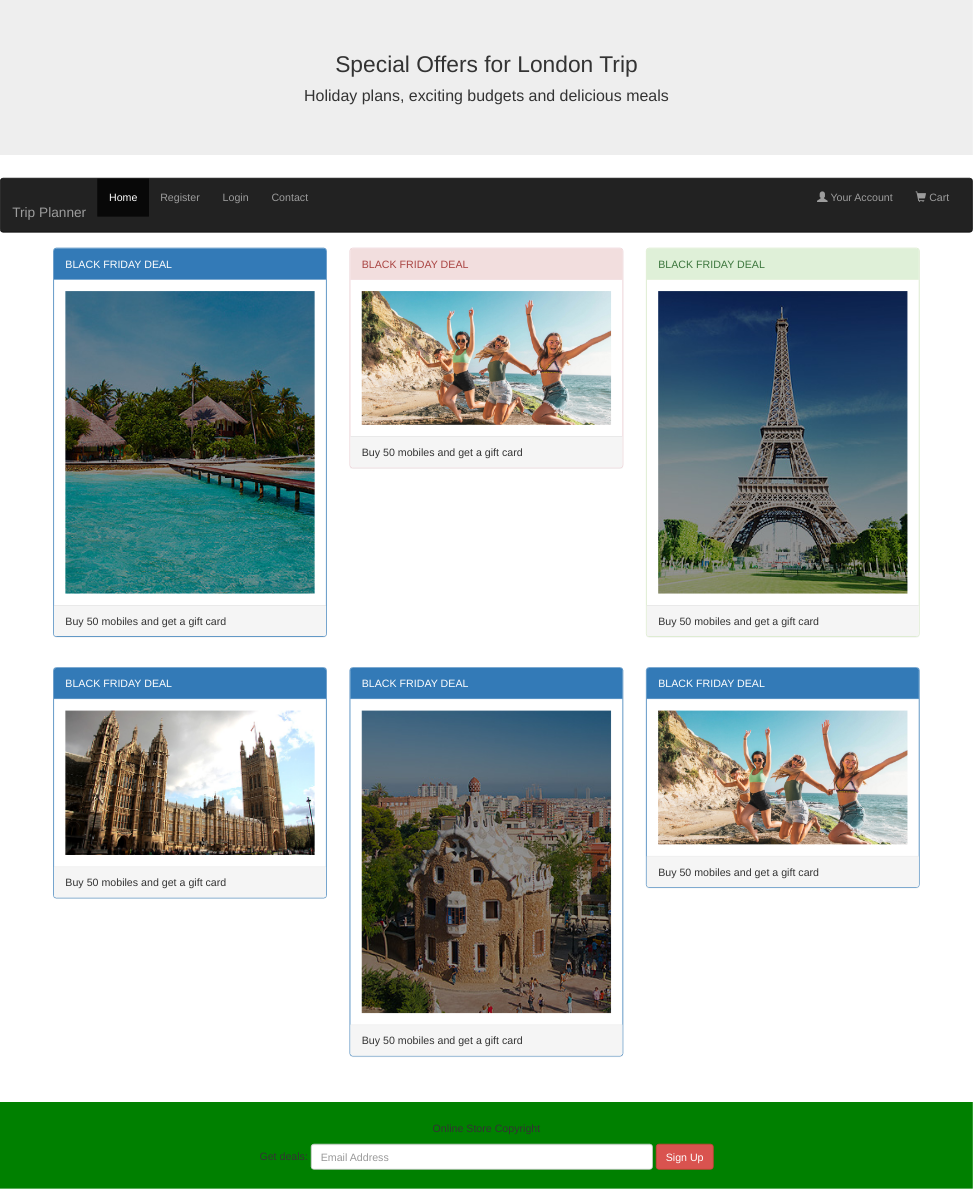
Repository: NanSin21/Mytourism-Website
Page: http://localhost/toursandtravelsmanagement/london.jsp
An editor plug-in stored every save of this project. The page is shown before and after the next save, followed by the edit.
The browser window is 1280 px wide. The pictures show the whole page, at 76% of full size.
The page is served by Tomcat 9. Other server files are loaded and not shown.

Above is the page before, as saved 2018-07-20 08:23:19.

### toursandtravelsmanagement/WebContent/london.jsp
<%@ page language="java" contentType="text/html; charset=ISO-8859-1"
    pageEncoding="ISO-8859-1"%>
<!DOCTYPE html PUBLIC "-//W3C//DTD HTML 4.01 Transitional//EN" "http://www.w3.org/TR/html4/loose.dtd">
<html>
<head>
<meta http-equiv="Content-Type" content="text/html; charset=ISO-8859-1">
<title>London Trip Package</title>
<!-- <meta charset="utf-8"> -->
  <meta name="viewport" content="width=device-width, initial-scale=1">
  <link rel="stylesheet" href="https://maxcdn.bootstrapcdn.com/bootstrap/3.3.7/css/bootstrap.min.css">
  <script src="https://ajax.googleapis.com/ajax/libs/jquery/3.3.1/jquery.min.js"></script>
  <script src="https://maxcdn.bootstrapcdn.com/bootstrap/3.3.7/js/bootstrap.min.js"></script>
  <style>
  .navbar{
  margin-nottom= 50px;
  border-radius= 0;
  }
  .jumbotron{
   margin-bottom= 0;
   }
   footer{
   background: green;
   padding: 25px;
   }
   </style>
</head>
<body>

<div class="jumbotron">
  <div class="container text-center">
   <h2>Special Offers for London Trip</h2>
     <p>Holiday plans, exciting budgets and delicious meals</p>
  </div>
</div>

<nav class="navbar navbar-inverse">
  <div class="container-fluid">
      <div class="navbar-header">
        <button type="button" class="navbar-toggle" data-toggle="collapse" data-target="#myNavbar">
        <span class="icon-bar"></span>
        <span class="icon-bar"></span>
        <span class="icon-bar"></span>
        </button>
        <h1><a class="navbar-brand" href="index.jsp">Trip Planner</a></h1>
      </div>
      <div class="collapse navbar-collapse" id="myNavbar">
      <ul class="nav navbar-nav">
        <li class="active"><a href="TripPlaces/london.jsp">Home</a></li>
        <li><a href="registration.jsp">Register</a></li>
        <li><a href="login.jsp">Login</a></li>
        <li><a href="contact.jsp">Contact</a></li>
      </ul>
      <ul class="nav navbar-nav navbar-right">
        <li><a href="#"><span class="glyphicon glyphicon-user"></span> Your Account</a></li>
        <li><a href="#"><span class="glyphicon glyphicon-shopping-cart"></span> Cart</a></li>
      </ul>
    </div>
  </div>
</nav>


   <div class="container">
  <div class="row">
    <div class="col-sm-4">
      <div class="panel panel-primary">
        <div class="panel-heading">BLACK FRIDAY DEAL</div>
        <div class="panel-body"><img src="images/ban_img2.jpg" class="img-responsive" style="width:100%" alt="Image"></div>
        <div class="panel-footer">Buy 50 mobiles and get a gift card</div>
      </div>
    </div>
    <div class="col-sm-4">
      <div class="panel panel-danger">
        <div class="panel-heading">BLACK FRIDAY DEAL</div>
        <div class="panel-body"><img src="images/1.jpg" class="img-responsive" style="width:100%" alt="Image"></div>
        <div class="panel-footer">Buy 50 mobiles and get a gift card</div>
      </div>
    </div>
    <div class="col-sm-4">
      <div class="panel panel-success">
        <div class="panel-heading">BLACK FRIDAY DEAL</div>
        <div class="panel-body"><img src="images/ban_img3.jpg" class="img-responsive" style="width:100%" alt="Image"></div>
        <div class="panel-footer">Buy 50 mobiles and get a gift card</div>
      </div>
    </div>
  </div>
</div><br>

<div class="container">
  <div class="row">
    <div class="col-sm-4">
      <div class="panel panel-primary">
        <div class="panel-heading">BLACK FRIDAY DEAL</div>
        <div class="panel-body"><img src="images/londonhelp.jpg" class="img-responsive" style="width:100%" alt="Image"></div>
        <div class="panel-footer">Buy 50 mobiles and get a gift card</div>
      </div>
    </div>
    <div class="col-sm-4">
      <div class="panel panel-primary">
        <div class="panel-heading">BLACK FRIDAY DEAL</div>
        <div class="panel-body"><img src="images/ban_img1.jpg" class="img-responsive" style="width:100%" alt="Image"></div>
        <div class="panel-footer">Buy 50 mobiles and get a gift card</div>
      </div>
    </div>
    <div class="col-sm-4">
      <div class="panel panel-primary">
        <div class="panel-heading">BLACK FRIDAY DEAL</div>
        <div class="panel-body"><img src="images/1.jpg" class="img-responsive" style="width:100%" alt="Image"></div>
        <div class="panel-footer">Buy 50 mobiles and get a gift card</div>
      </div>
    </div>
  </div>
</div><br><br>

<footer class="container-fluid text-center">
  <p>Online Store Copyright</p>
  <form class="form-inline">Get deals:
    <input type="email" class="form-control" size="50" placeholder="Email Address">
    <button type="button" class="btn btn-danger">Sign Up</button>
  </form>
</footer>
</body>
</html>

After the next save:
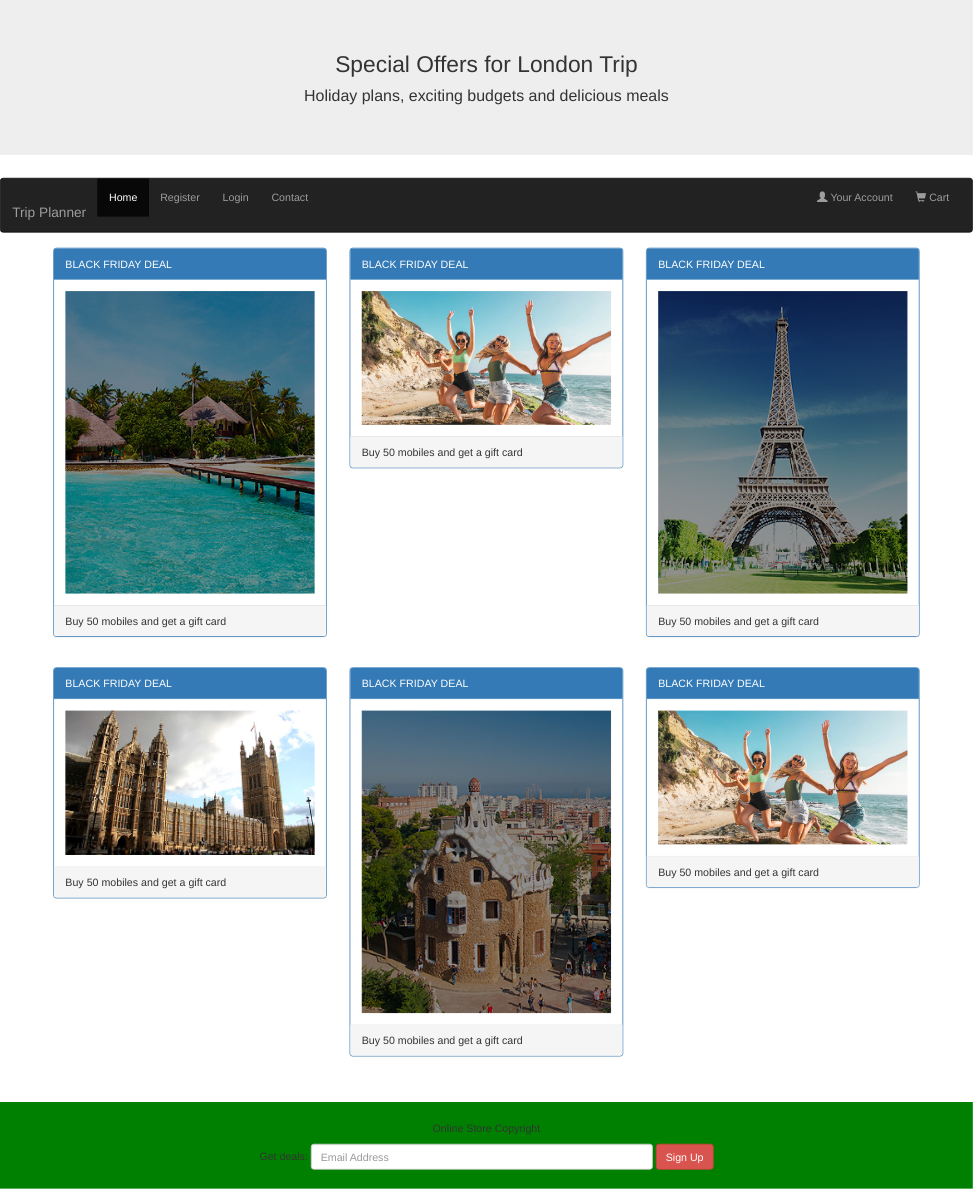
Saved 4 min 15 s later.
--- a/toursandtravelsmanagement/WebContent/london.jsp
+++ b/toursandtravelsmanagement/WebContent/london.jsp
@@ -69,14 +69,14 @@
       </div>
     </div>
     <div class="col-sm-4">
-      <div class="panel panel-danger">
+      <div class="panel panel-primary">
         <div class="panel-heading">BLACK FRIDAY DEAL</div>
         <div class="panel-body"><img src="images/1.jpg" class="img-responsive" style="width:100%" alt="Image"></div>
         <div class="panel-footer">Buy 50 mobiles and get a gift card</div>
       </div>
     </div>
     <div class="col-sm-4">
-      <div class="panel panel-success">
+      <div class="panel panel-primary">
         <div class="panel-heading">BLACK FRIDAY DEAL</div>
         <div class="panel-body"><img src="images/ban_img3.jpg" class="img-responsive" style="width:100%" alt="Image"></div>
         <div class="panel-footer">Buy 50 mobiles and get a gift card</div>
